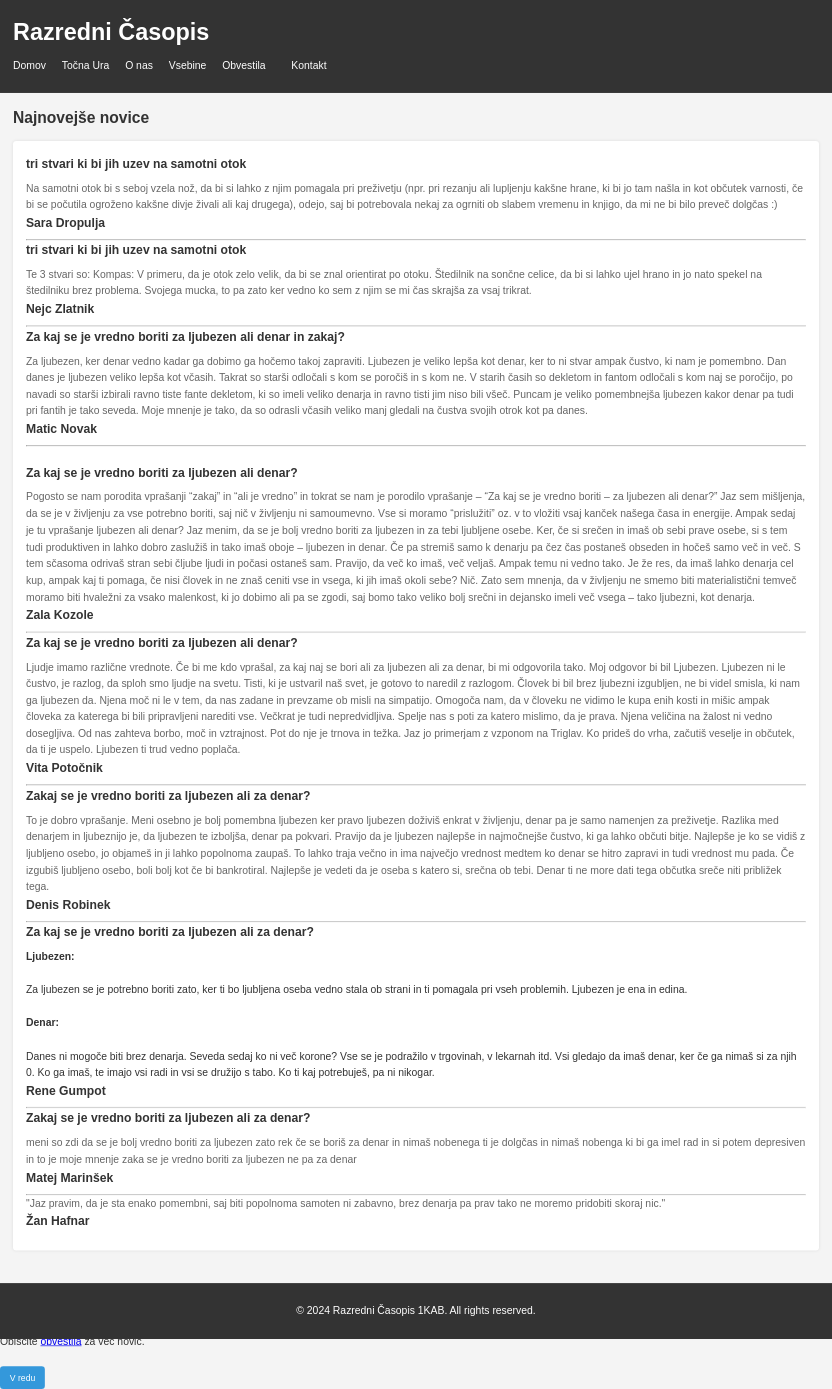
Repository: razrednicasopis/razrednicasopis.github.io
Page: Resources/casopis-html.html
The author's editor kept a copy of each file at every save. The page is drawn from the files as they stood at one save, then again after the next save.
The browser window is 1280 px wide. The pictures show the whole page, at 65% of full size.

Above is the page before, as saved 2024-01-18 09:26:09.

### Resources/casopis-html.html
<!DOCTYPE html>
<html lang="en">
<head>
  <meta charset="UTF-8">
  <meta name="viewport" content="width=device-width, initial-scale=1.0">
  <link rel="stylesheet" href="styless.css">
  <link rel="stylesheet" href="system.css">
  <title>Razredni Časopis</title>
</head>
<body>


<div id="wrapper">
<div class="vrstica">
<header>
  <h1>Razredni Časopis</h1>
  <nav>
    <ul>
      <li><a href="#">Domov</a></li>
      <li><a href="Ura.html">Točna Ura</a></li>
      <li><a href="admin.html">O nas</a></li>
      <li><a href="vsebine.html">Vsebine </a></li>
      <li><a href="obvestila.html">Obvestila</a></li>
      <li><a href="#" id="showPopupLink" onclick="blur">Kontakt</a></li>
    </ul>
  </nav>
</header>
</div>

<main>
  <section class="novice">
    <h2>Najnovejše novice</h2>
    <article>
      <h3>tri stvari ki bi jih uzev na samotni otok</h3>
      <p>Na samotni otok bi s seboj vzela nož, da bi si lahko z njim pomagala pri preživetju (npr. pri rezanju ali lupljenju kakšne hrane, ki bi jo tam našla in kot občutek varnosti, če bi se počutila ogroženo kakšne divje živali ali kaj drugega), odejo, saj bi potrebovala nekaj za ogrniti ob slabem vremenu in knjigo, da mi ne bi bilo preveč dolgčas :)

</p>
<h3>Sara Dropulja</h3>
<hr>
      <h3>tri stvari ki bi jih uzev na samotni otok</h3>
            <p>Te 3 stvari so:
Kompas: V primeru, da je otok zelo velik, da bi se znal orientirat po otoku.
Štedilnik na sončne celice, da bi si lahko ujel hrano in jo nato spekel na štedilniku brez problema.
Svojega mucka, to pa zato ker vedno ko sem z njim se mi čas skrajša za vsaj trikrat.
<h3>Nejc Zlatnik</h3>
</p>
<hr>
<h3>Za kaj se je vredno boriti za ljubezen ali denar in zakaj?</h3>
  <p>Za ljubezen, ker denar vedno kadar ga dobimo ga hočemo takoj zapraviti. Ljubezen je veliko lepša kot denar, ker to ni stvar ampak čustvo, ki nam je pomembno. Dan danes je ljubezen veliko lepša kot včasih. Takrat so starši odločali s kom se poročiš in s kom ne. V starih časih so dekletom in fantom odločali s kom naj se poročijo, po navadi so starši izbirali ravno tiste fante dekletom, ki so imeli veliko denarja in ravno tisti jim niso bili všeč. Puncam je veliko pomembnejša ljubezen kakor denar pa tudi pri fantih je tako seveda. Moje mnenje je tako, da so odrasli včasih veliko manj gledali na čustva svojih otrok kot pa danes.

<h3>Matic Novak</h3></p>

<hr>
<br>
<h3>Za kaj se je vredno boriti za ljubezen ali denar?
</h3>
<p>Pogosto se nam porodita vprašanji “zakaj” in “ali je vredno” in tokrat se nam je porodilo vprašanje – “Za kaj se je vredno boriti – za ljubezen ali denar?”
Jaz sem mišljenja, da se je v življenju za vse potrebno boriti, saj nič v življenju ni samoumevno. Vse si moramo “prislužiti” oz. v to vložiti vsaj kanček našega časa in energije.
Ampak sedaj je tu vprašanje ljubezen ali denar? Jaz menim, da se je bolj vredno boriti za ljubezen in za tebi ljubljene osebe. Ker, če si srečen in imaš ob sebi prave osebe, si s tem tudi produktiven in lahko dobro zaslužiš in tako imaš oboje – ljubezen in denar.
Če pa stremiš samo k denarju pa čez čas postaneš obseden in hočeš samo več in več. S tem sčasoma odrivaš stran sebi čljube ljudi in počasi ostaneš sam.
Pravijo, da več ko imaš, več veljaš. Ampak temu ni vedno tako. Je že res, da imaš lahko denarja cel kup, ampak kaj ti pomaga, če nisi človek in ne znaš ceniti vse in vsega, ki jih imaš okoli sebe? Nič. Zato sem mnenja, da v življenju ne smemo biti materialistični temveč moramo biti hvaležni za vsako malenkost, ki jo dobimo ali pa se zgodi, saj bomo tako veliko bolj srečni in dejansko imeli več vsega – tako ljubezni, kot denarja.<br>
<h3>Zala Kozole</h3>
</p>
<hr>
<h3>Za kaj se je vredno boriti za ljubezen ali denar?</h3>
<p>Ljudje imamo različne vrednote. Če bi me kdo vprašal, za kaj naj se bori ali za ljubezen ali za denar, bi mi odgovorila tako. Moj odgovor bi bil Ljubezen.
Ljubezen ni le čustvo, je razlog, da sploh smo ljudje na svetu. Tisti, ki je ustvaril naš svet, je gotovo to naredil z razlogom. Človek bi bil brez ljubezni izgubljen, ne bi videl smisla, ki nam ga ljubezen da. Njena moč ni le v tem, da nas zadane in prevzame ob misli na simpatijo. Omogoča nam, da v človeku ne vidimo le kupa enih kosti in mišic ampak človeka za katerega bi bili pripravljeni narediti vse. Večkrat je tudi nepredvidljiva. Spelje nas s poti za katero mislimo, da je prava. Njena veličina na žalost ni vedno dosegljiva. Od nas zahteva borbo, moč in vztrajnost. Pot do nje je trnova in težka. Jaz jo primerjam z vzponom na Triglav. Ko prideš do vrha, začutiš veselje in občutek, da ti je uspelo. Ljubezen ti trud vedno poplača.
</p>
      <h3>Vita Potočnik</h3>
      <hr>
      <h3>Zakaj se je vredno boriti za ljubezen ali za denar?
</h3>
<P>To je dobro vprašanje. Meni osebno je bolj pomembna ljubezen ker pravo ljubezen doživiš enkrat v življenju, denar pa je samo namenjen za preživetje. Razlika med denarjem in ljubeznijo je, da ljubezen te izboljša, denar pa pokvari. Pravijo da je ljubezen najlepše in najmočnejše čustvo, ki ga lahko občuti bitje. Najlepše je ko se vidiš z ljubljeno osebo, jo objameš in ji lahko popolnoma zaupaš. To lahko traja večno in ima največjo vrednost medtem ko denar se hitro zapravi in tudi vrednost mu pada. Če izgubiš ljubljeno osebo, boli bolj kot če bi bankrotiral. Najlepše je vedeti da je oseba s katero si, srečna ob tebi. Denar ti ne more dati tega občutka sreče niti približek tega.</P>
<h3>Denis Robinek</h3>
<hr>
<h3>Za kaj se je vredno boriti za ljubezen ali za denar?</h3>
<p><h4>Ljubezen:</h4><br>
Za ljubezen se je potrebno boriti zato, ker ti bo ljubljena oseba vedno stala ob strani in ti pomagala pri vseh problemih. Ljubezen je ena in edina.<br>
<br>
<h4>Denar:</h4>
<br>
Danes ni mogoče biti brez denarja. Seveda sedaj ko ni več korone? Vse se je podražilo v trgovinah, v lekarnah itd. Vsi gledajo da imaš denar, ker če ga nimaš si za njih 0. Ko ga imaš, te imajo vsi radi in vsi se družijo s tabo. Ko ti kaj potrebuješ, pa ni nikogar.
<h3>Rene Gumpot</h3></p>
<hr>
<h3>Zakaj se je vredno boriti za ljubezen ali za denar?</h3>
<p>meni so zdi da se je bolj vredno boriti za ljubezen zato rek če se boriš
za denar in nimaš nobenega ti je dolgčas in nimaš nobenga ki bi ga imel rad in si potem depresiven
in to je moje mnenje zaka se je vredno boriti za ljubezen ne pa za denar

<h3>Matej Marinšek</h3></p>
<hr>
    <p>"Jaz pravim, da je sta enako pomembni, saj biti popolnoma samoten ni zabavno, brez denarja pa prav tako ne moremo pridobiti skoraj nic."

<h3>Žan Hafnar</h3></p>


    </article>
    <!-- Dodaj več novic -->
  </section>

</main>
</div>

<footer>
  <p>&copy; 2024 Razredni Časopis 1KAB. All rights reserved.
  </footer>



<!--Od tu naprej je koda za razne stvari kot so popupi-->

<div class="popupContainer">
  <div class="popupContent">
      <h1><b>NEDOSEGLJIVE VSEBINE</b></h1>
      <p>Te vsebine bodo na voljo v naslednjih verzijah strani.
      <p>Obiščite <a href="obvestila.html">obvestila</a> za več novic.<p><br>
      <button id="closePopupBtn">V redu</button>
  </div>
</div>

<script src="alerts.js"></script>

</body>
</html>

### Resources/styless.css
* {
  margin: 0;
  padding: 0;
  box-sizing: border-box;
}

/* Globalni slogi */
body {
  font-family: Arial, sans-serif;
  line-height: 1.6;
  background-color: #f4f4f4;
  color: #333;
  margin: 0;
  padding: 0;
}


.container {
    text-align: center;
    margin-top: 50px;
}

.border-box {
    display: inline-block;
    padding: 200px;
    width: 550px;
    height: 500px;
    border: 5px solid #333; /* Set your desired border color */
    border-radius: 30px; /* Set the border radius for slightly curved corners */
    background-color: #333; /* Set your desired background color inside the border */
}

form textarea {
  width: 100%;
  padding: 8px;
  justify-content: left;
  margin-left: auto;

  margin-bottom: 10px;
}

header {
  background: #333;
  color: #fff;
  padding: 20px;
}

header h1 {
  margin: 0;
  font-size: 36px;
}

nav ul {
  list-style: none;
}

nav ul li {
  display: inline;
  margin-right: 20px;
}

nav ul li a {
  color: #fff;
  text-decoration: none;
}

main {
  padding: 20px;
}

section {
  margin-bottom: 30px;
}

section h2 {
  margin-bottom: 15px;
}

article {
  background: #fff;
  padding: 20px;
  border-radius: 5px;
  box-shadow: 0 0 5px rgba(0, 0, 0, 0.1);
}

article h3 {
  margin-bottom: 10px;
}

article p {
  color: #666;
}

article a {
  display: inline-block;
  margin-top: 10px;
  text-decoration: none;
  color: #333;
  border-bottom: 1px solid #333;
  padding-bottom: 2px;
}

article a:hover {
  color: #000;
  border-color: #000;
}

.wrapper {
  flex: 1;
}

footer {
  text-align: center;
  padding: 30px;
  background-color: #333;
  color: #fff;
  position: absolute;
  bottom: auto;
  width: 100%;
  text-align: center;
}

### Resources/system.css
/* Koda za "Coming Soon" pop-up */

#popupContainer {
    display: none;
    position: fixed;
    top: 50%;
    left: 50%;
    transform: translate(-50%, -50%);
    background-color: #ffffff;
    box-shadow: 0 4px 8px rgba(0, 0, 0, 0.1);
    padding: 20px;
    border-radius: 10px;
    text-align: center;
  }


  #popupContent {
    max-width: 400px;
    margin: 0 auto;
  }

  #closePopupBtn {
    background-color: #3498db;
    color: #ffffff;
    padding: 10px 15px;
    border: none;
    border-radius: 5px;
    cursor: pointer;
  }

  #closePopupBtn:hover {
      background-color: #4da8e1;
  }

  #showPopupLink {
    display: inline-block;
    padding: 10px 15px;
    color: #ffffff;
    text-decoration: none;
    border-radius: 5px;
    cursor: pointer;
  }

#showPopupLink.popupActive {
    background-color: #ff6600;
    color: #ffffff;
}

.popupContainer#blur.active {
    filter: blur(20px);
}

/* Koda za "Kontakt" obrazec */

#contactform {
    align-self: center;
    }

### Resources/alerts.js
document.getElementById('showPopupLink').addEventListener('click', function(event) {
    event.preventDefault();
    document.getElementById('popupContainer').style.display = 'block';
    document.body.classList.add('blur-background');
});

document.getElementById('closePopupBtn').addEventListener('click', function() {
    document.getElementById('popupContainer').style.display = 'none';
    document.body.classList.remove('blur-background');
});

After the next save:
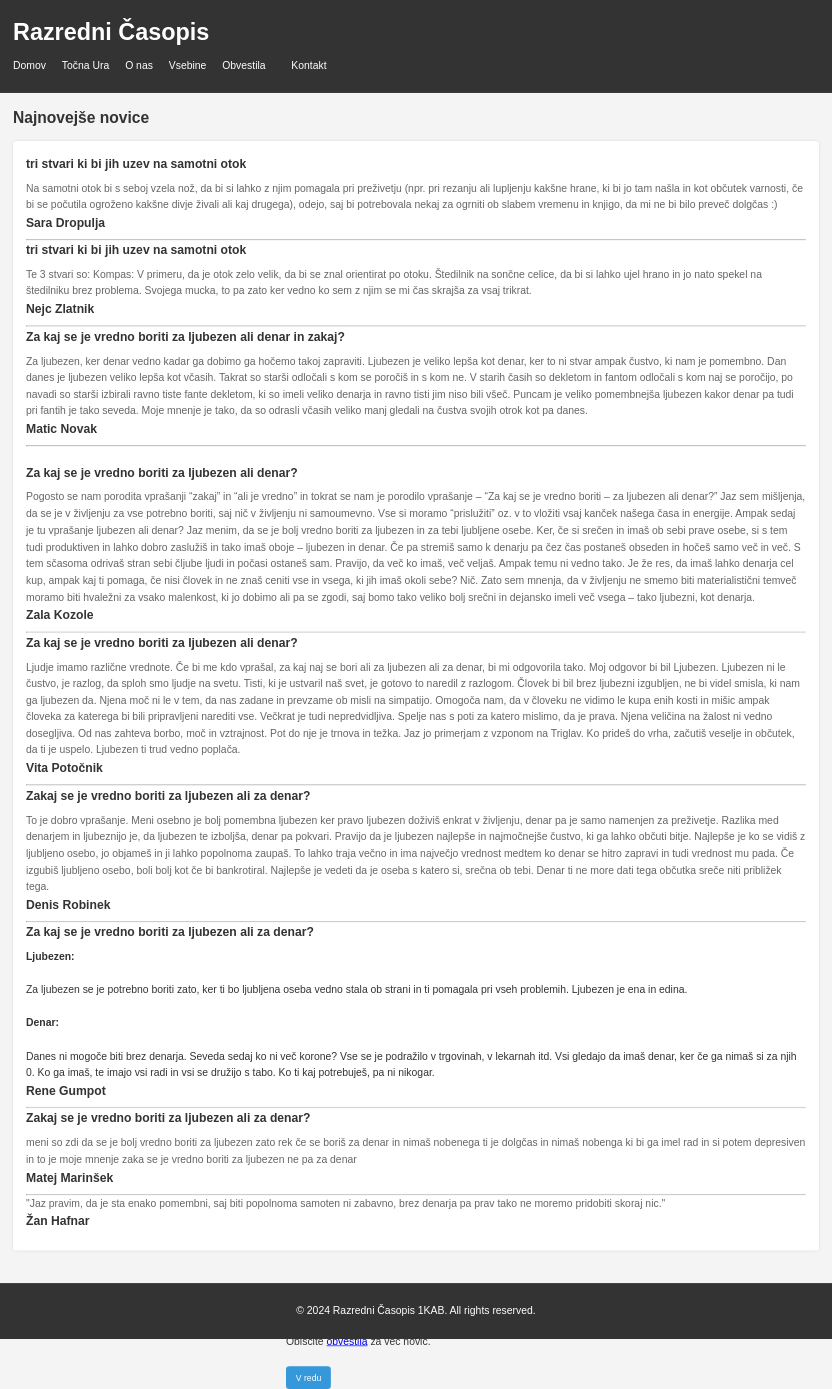
Saved 4 s later.
--- a/Resources/casopis-html.html
+++ b/Resources/casopis-html.html
@@ -110,7 +110,7 @@ in to je moje mnenje zaka se je vredno boriti za ljubezen ne pa za denar
 <!--Od tu naprej je koda za razne stvari kot so popupi-->
 
 <div class="popupContainer">
-  <div class="popupContent">
+  <div id="popupContent">
       <h1><b>NEDOSEGLJIVE VSEBINE</b></h1>
       <p>Te vsebine bodo na voljo v naslednjih verzijah strani.
       <p>Obiščite <a href="obvestila.html">obvestila</a> za več novic.<p><br>
